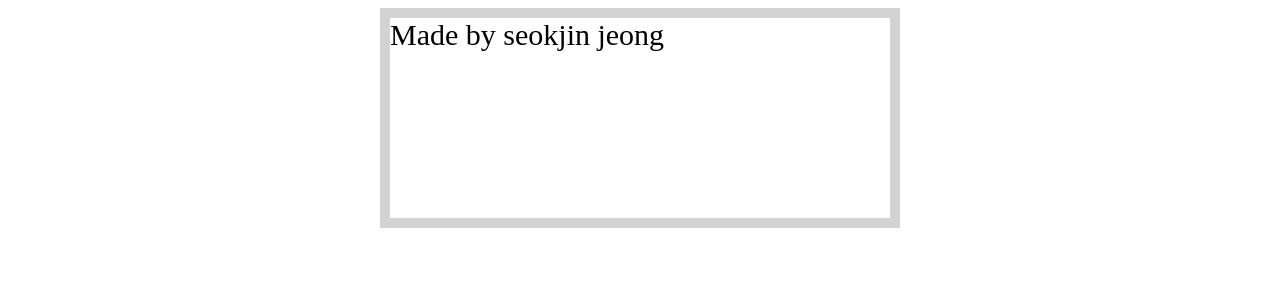
Repository: jsj961/bulletin-board-system
Page: http://localhost/BBS/madeby.jsp
An editor plug-in stored every save of this project. The page is shown before and after the next save, followed by the edit.
The browser window is 1280 px wide. The pictures show the whole page.
Some web fonts or font styles are not loaded; a fallback is used. The page is served by Tomcat 9. Other server files are loaded and not shown.

Above is the page before, as saved 2021-07-03 07:35:43.

### BBS/src/main/webapp/madeby.jsp
<%@ page language="java" contentType="text/html; charset=UTF-8"
    pageEncoding="UTF-8"%>
<!DOCTYPE html>
<html>
<head>
<meta charset="UTF-8">
<link rel="stylesheet" href="css/custom.css">
<title>JSP 게시판 웹 사이트</title>
<style type="text/css">
	a, a:hover {
		color: #000000;
		text-decoration: none;
	}
</style>
</head>
<body>
	<div class="box" style="width: 500px; height: 200px;
	border: 10px solid lightgray; font-size: 30px;
	margin: auto;">Made by seokjin jeong</div>
</body>
</html>

Loaded but not shown: BBS/src/main/webapp/css/custom.css (common file)

After the next save:
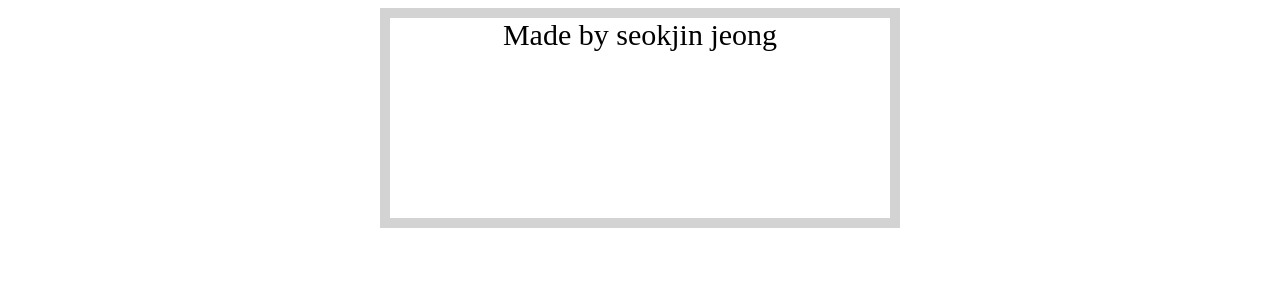
Saved 61 s later.
--- a/BBS/src/main/webapp/madeby.jsp
+++ b/BBS/src/main/webapp/madeby.jsp
@@ -16,6 +16,6 @@
 <body>
 	<div class="box" style="width: 500px; height: 200px;
 	border: 10px solid lightgray; font-size: 30px;
-	margin: auto;">Made by seokjin jeong</div>
+	margin: auto; text-align: center;">Made by seokjin jeong</div>
 </body>
 </html>

After the 2 saves that followed:
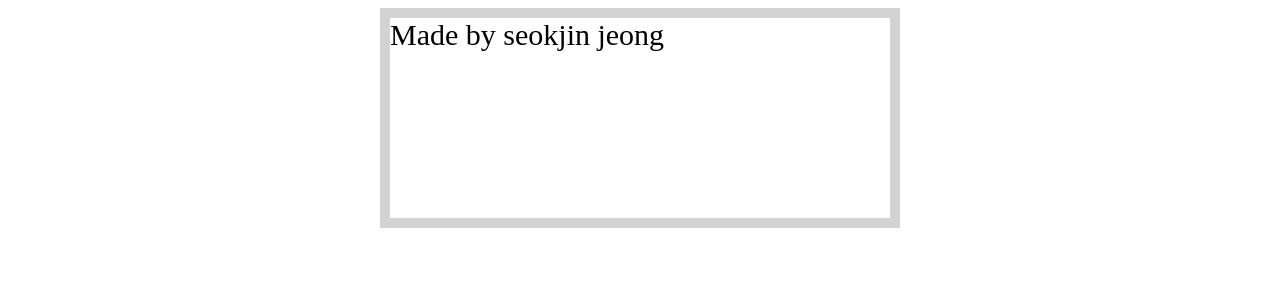
The 2 saves are shown as one change because 1 left the picture as it was.
The last was saved 2 min 15 s later.
--- a/BBS/src/main/webapp/madeby.jsp
+++ b/BBS/src/main/webapp/madeby.jsp
@@ -16,6 +16,6 @@
 <body>
 	<div class="box" style="width: 500px; height: 200px;
 	border: 10px solid lightgray; font-size: 30px;
-	margin: auto; text-align: center;">Made by seokjin jeong</div>
+	margin: auto; text-align: center; display: flex;">Made by seokjin jeong</div>
 </body>
 </html>
